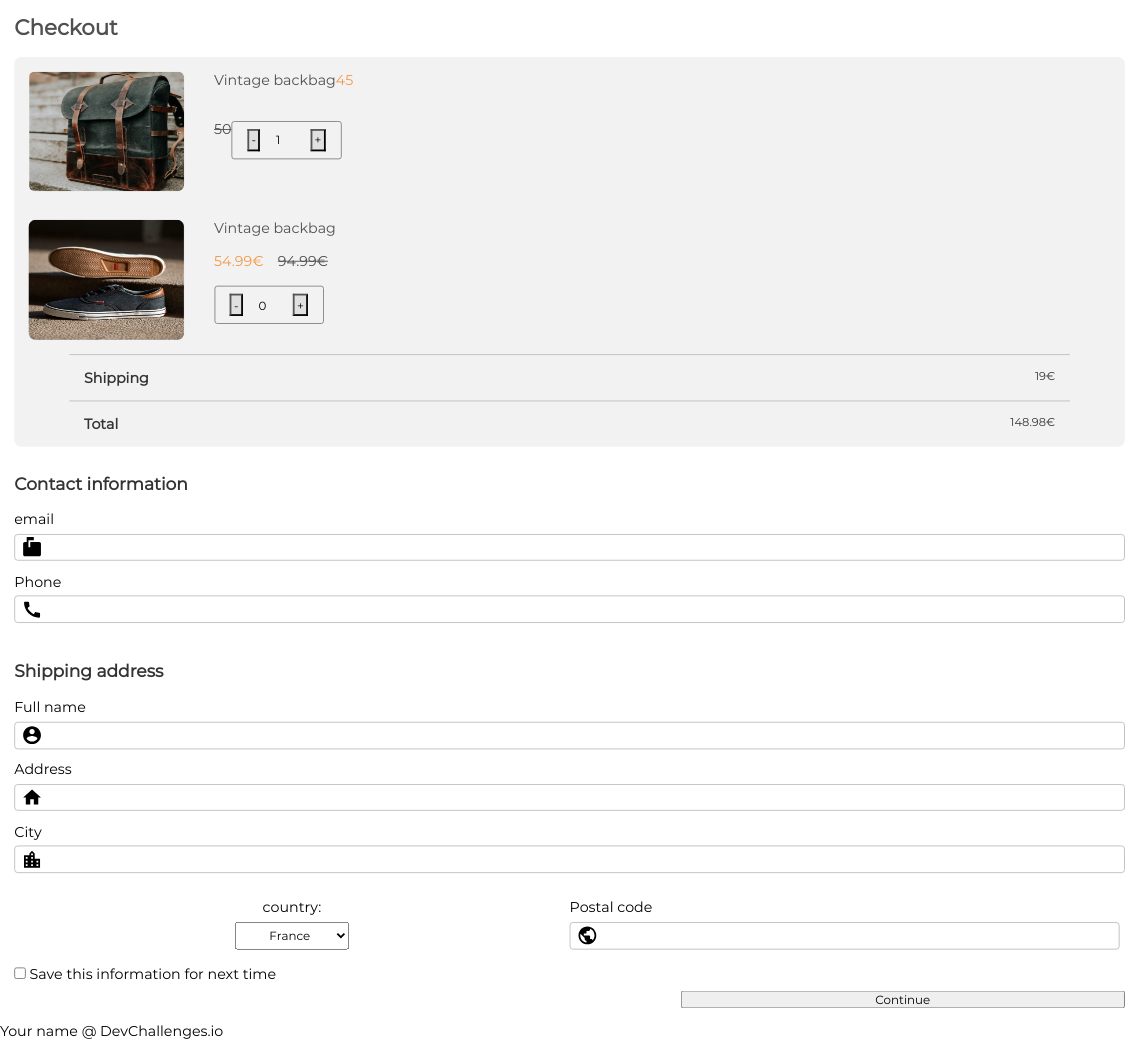
Repository: dubar-jeremy/checkout-page-master
Page: index.html
These files come from the project's save history. The page is drawn as it stood at one moment and after the next save; the edit follows.
The browser window is 1280 px wide. The pictures show the whole page, at 89% of full size.
The style sheet was rebuilt from its Sass, Less or Tailwind sources for each picture, by a compiler version that may differ from the author's.

Above is the page before, as saved 2021-02-05 23:39:53.

After the next save:
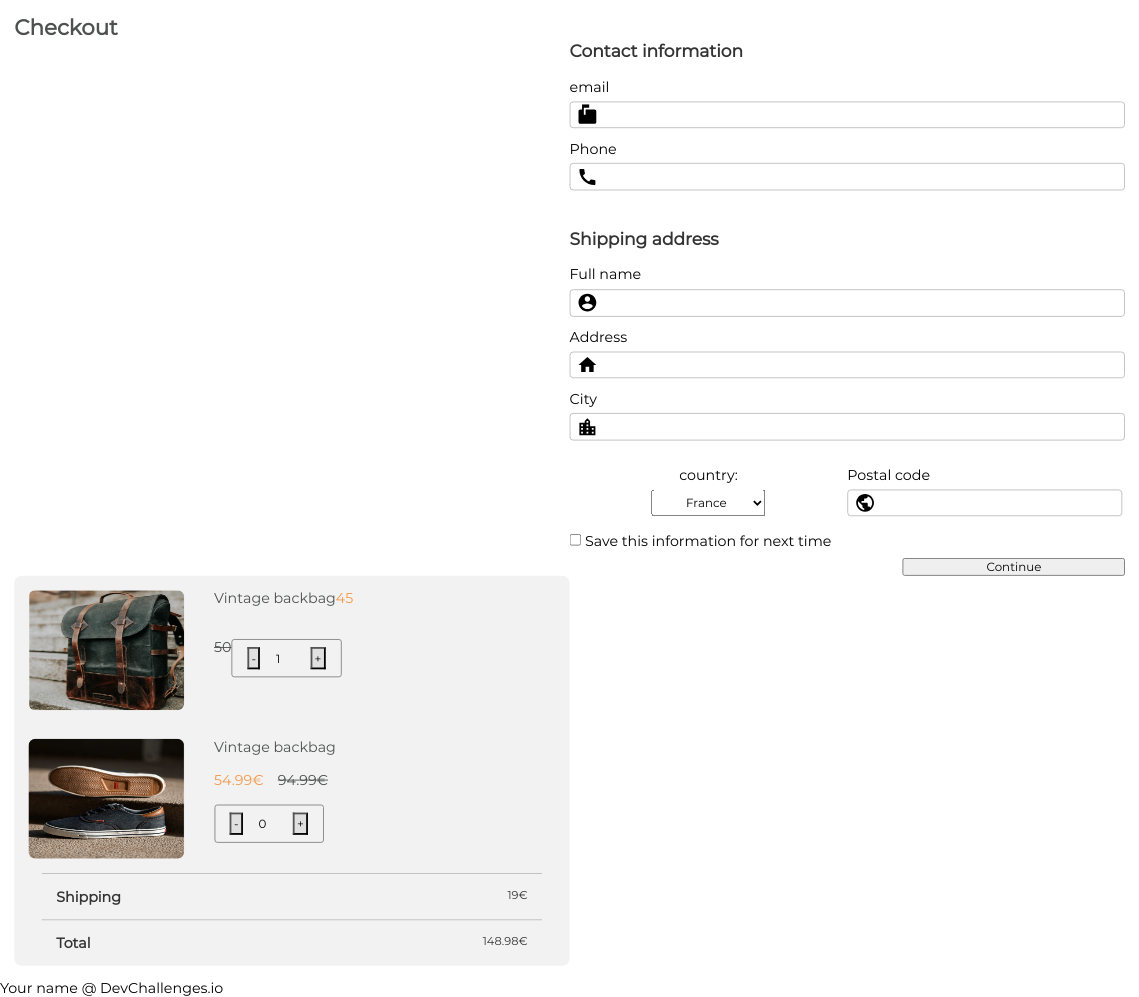
Saved 2 min 29 s later.
--- a/style/style.scss
+++ b/style/style.scss
@@ -31,7 +31,7 @@
 
 .grid-container {
   display: grid;
-  grid-template-columns: 1fr;
+  grid-template-columns: repeat(auto-fit, minmax(150px, 1fr));
   margin: 1em;
 
   h1 {

After the save that followed:
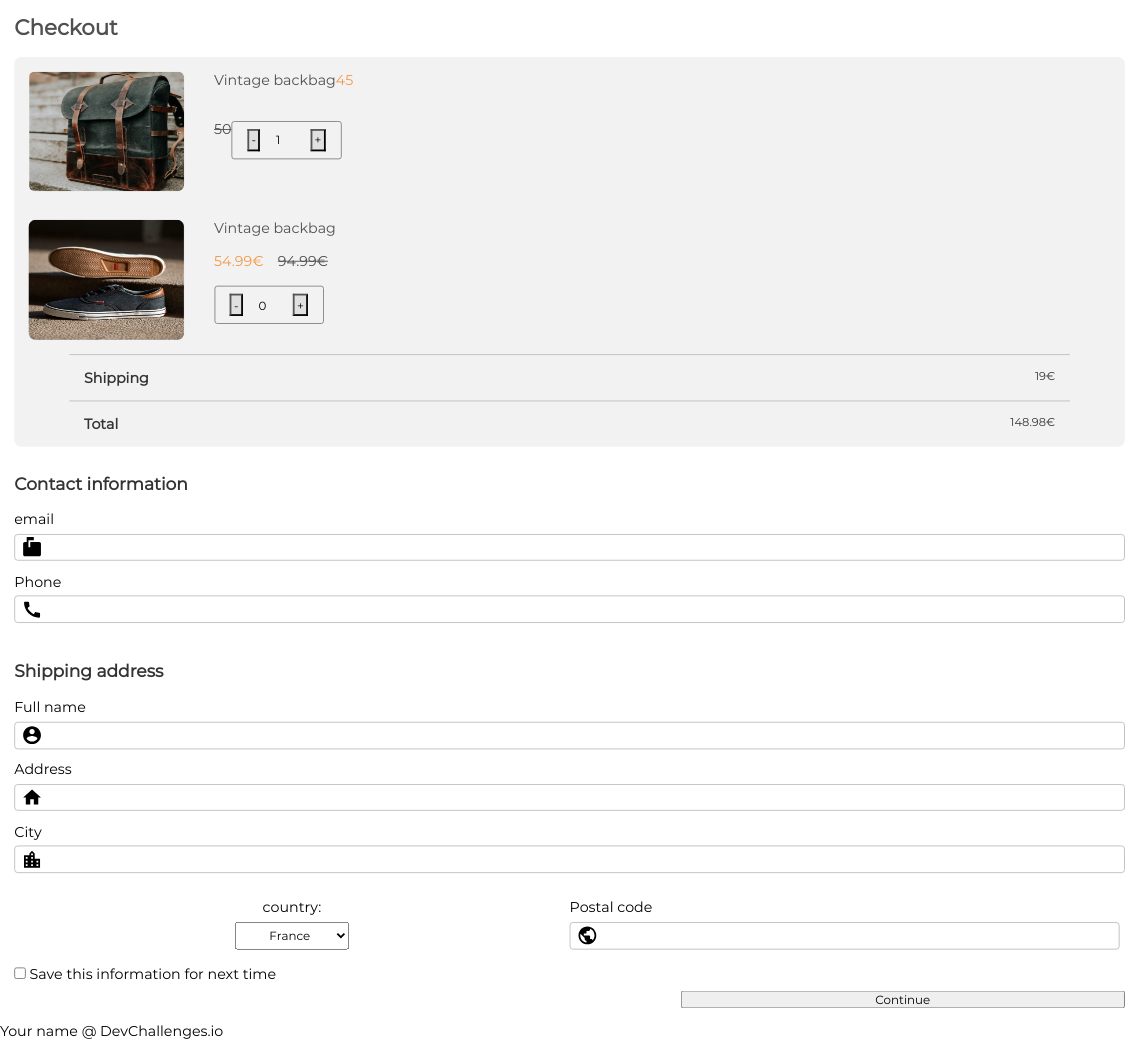
Saved 90 s later.
--- a/style/style.scss
+++ b/style/style.scss
@@ -31,7 +31,7 @@
 
 .grid-container {
   display: grid;
-  grid-template-columns: repeat(auto-fit, minmax(150px, 1fr));
+  grid-template-columns: repeat(auto-fit, minmax(150px, 1fr, 1fr));
   margin: 1em;
 
   h1 {
